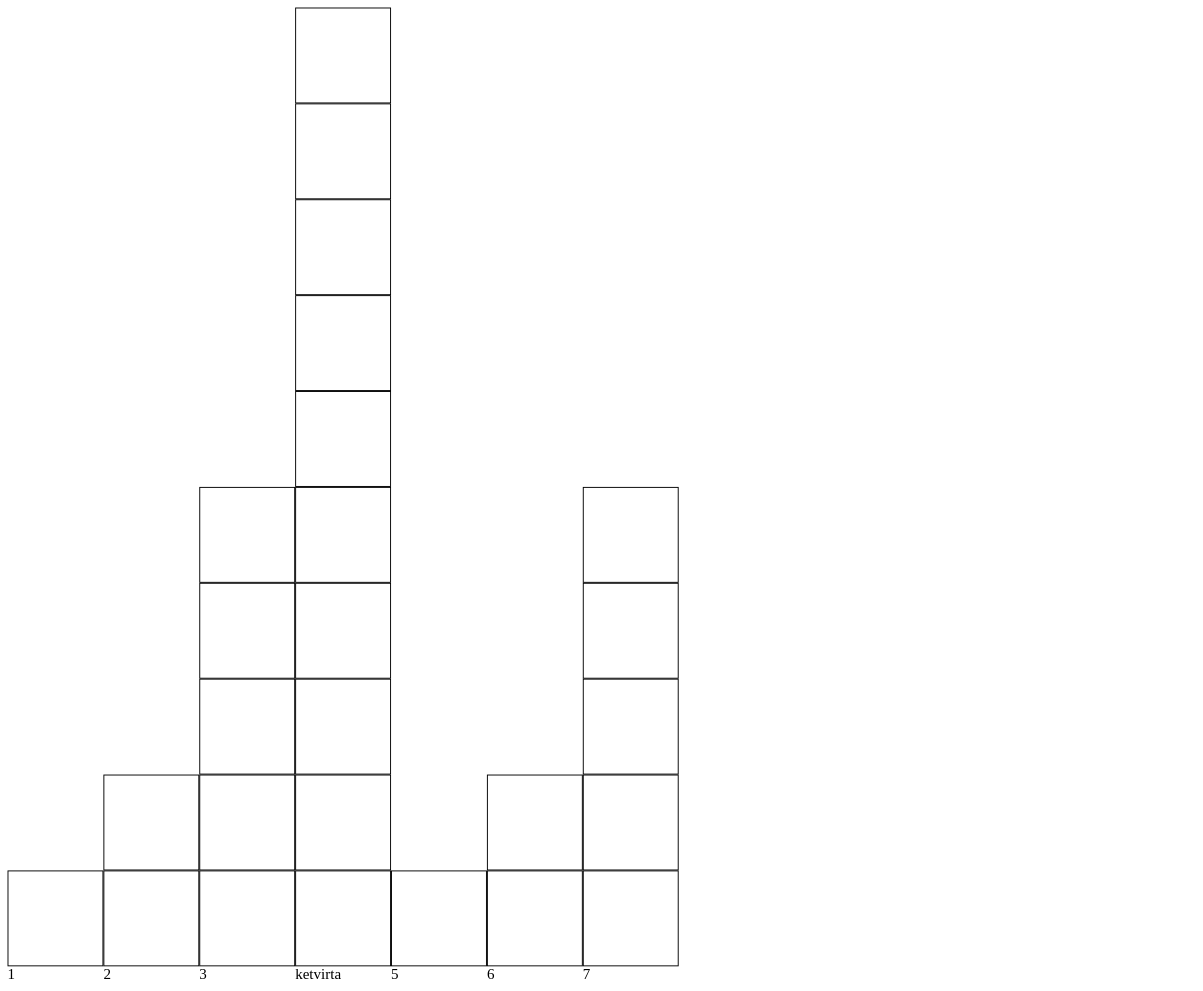
Repository: motiejus1/27-paskaita-05.31
Page: namas.html
These files come from the project's save history. The page is drawn as it stood at one moment and after a run of saves; the edit follows.
The browser window is 1280 px wide. The pictures show the whole page, at 94% of full size.

Above is the page before, as saved 2021-07-15 20:53:08.

After the next 2 saves:
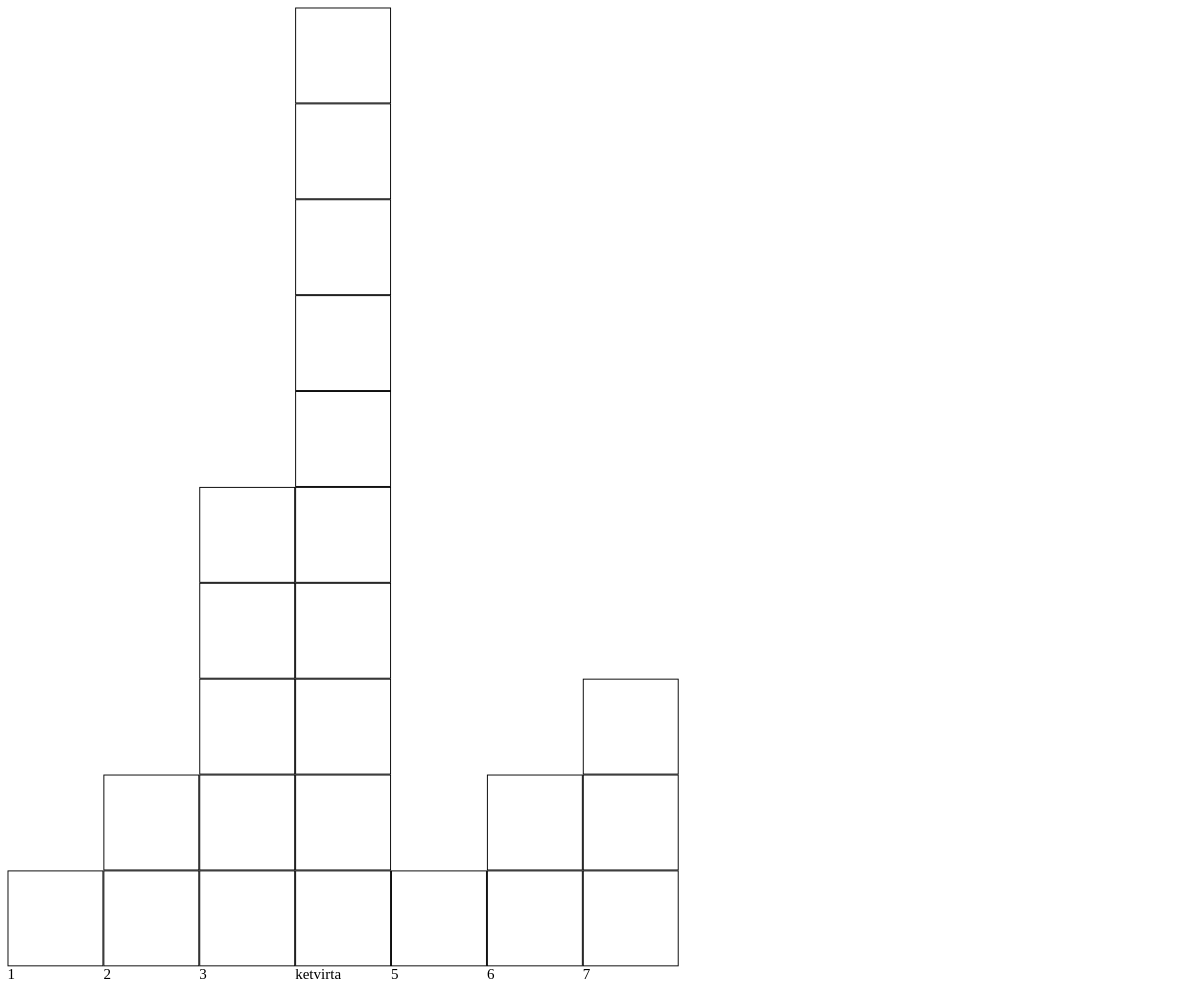
The 2 saves are shown as one change because they came seconds apart.
The last was saved 6 s later.
--- a/namas.html
+++ b/namas.html
@@ -94,7 +94,7 @@
             pastatymoData: new Date("2010"),
             adresas: "Zalgirio g. 10",
             laiptiniuSk: [1, 2, 3, "ketvirta", 5, 6, 7], //5 laiptines
-            butuSk: [1, 2, 5, 10 ,1, 2, 5], // nurodo kiek butu yra laiptineje
+            butuSk: [1, 2, 5, 10 , 1, 2, 3], // nurodo kiek butu yra laiptineje
             bendrasButuSk: 0,
 
             paleidimas: function() {
